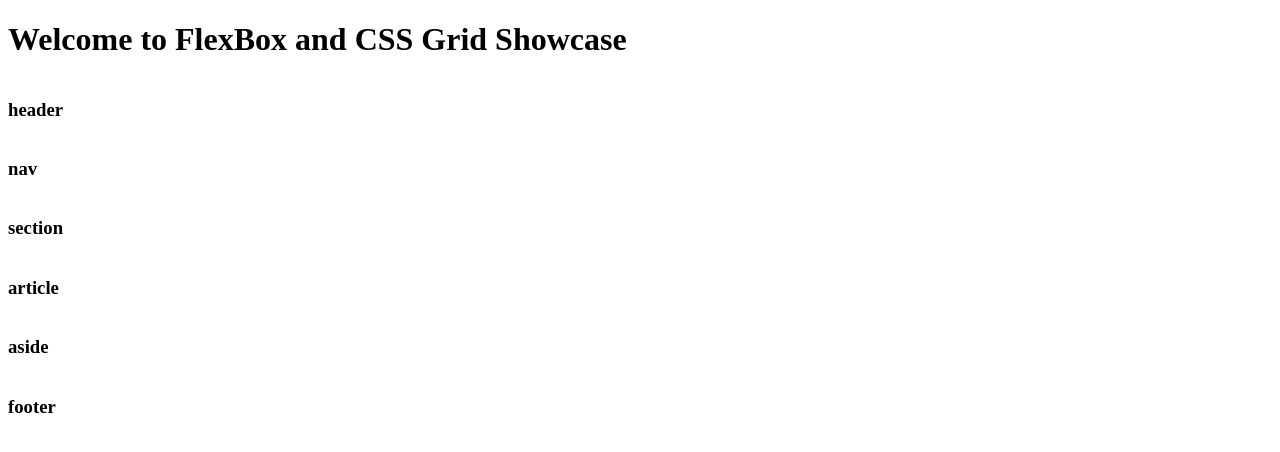
Repository: Awhit-commits/CSS_GRID_AND_FLEXBOX_LESSON
Page: index.html
The author's editor kept a copy of each file at every save. The page is drawn from the files as they stood at one save, then again after the next save.
The browser window is 1280 px wide. The pictures show the whole page.

Above is the page before, as saved 2020-12-21 10:24:27.

### index.html
<!DOCTYPE html>
<html lang="en">

<head>
    <meta charset="UTF-8">
    <meta name="viewport" content="width=device-width, initial-scale=1.0">
    <title>Document</title>
    <link rel="stylesheet" href="style.css">
</head>

<body>
    <h1>Welcome to FlexBox and CSS Grid Showcase</h1>
    <div class="containerFlex">
        <div class="header">
            <h3>header</h3>

        </div>
        <div class="nav">
            <h3>nav</h3>
        </div>
        <div class="section">
            <h3>section</h3>
        </div>
        <div class="article">
            <h3>article</h3>
        </div>
        <div class="aside">
            <h3>aside</h3>
        </div>
        <div class="footer">
            <h3>footer</h3>
        </div>
    </div>
    <script src="script.js"></script>
</body>

</html>

### style.css
.containerFlex{
    display: flex;
    flex-flow: row wrap;
    font-weight: bold;
    te


}
.containerFlex > *{

    flex:1 100%
}


@media all and (min-width : 600px){
    .aside {flex: 1 auto;}
}
@media{

.header{



}

.nav{

}
.section{

}
.article{

}
.footer{

}
}

### script.js
console.log(`Hello World`);

After the next save:
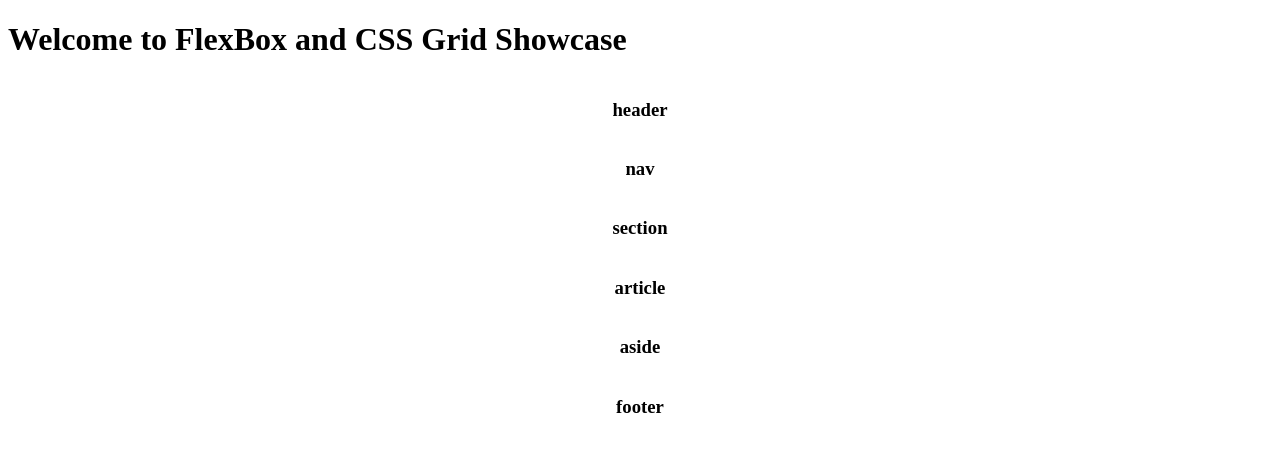
Saved 5 s later.
--- a/style.css
+++ b/style.css
@@ -2,7 +2,7 @@
     display: flex;
     flex-flow: row wrap;
     font-weight: bold;
-    te
+    text-align: center;
 
 
 }
